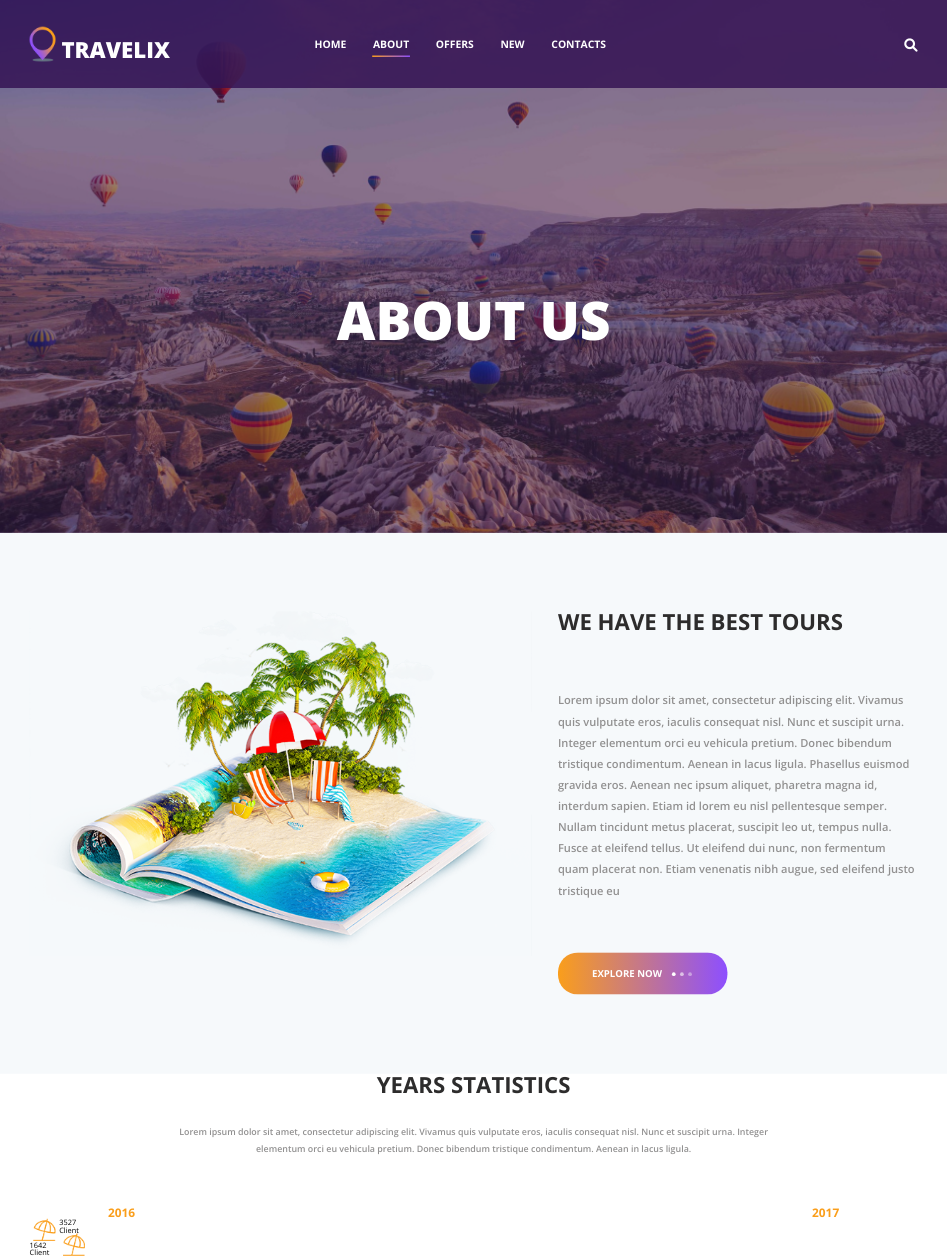
Repository: phamhuuloc/Travelix_Template
Page: about.html
An editor plug-in stored every save of this project. The page is shown before and after the next save, followed by the edit.
The browser window is 1280 px wide. The pictures show the whole page, at 74% of full size.
Backgrounds fixed to the window are drawn as part of the page. Some web fonts or font styles are not loaded; a fallback is used.

Above is the page before, as saved 2021-10-13 09:16:41.

After the next save:
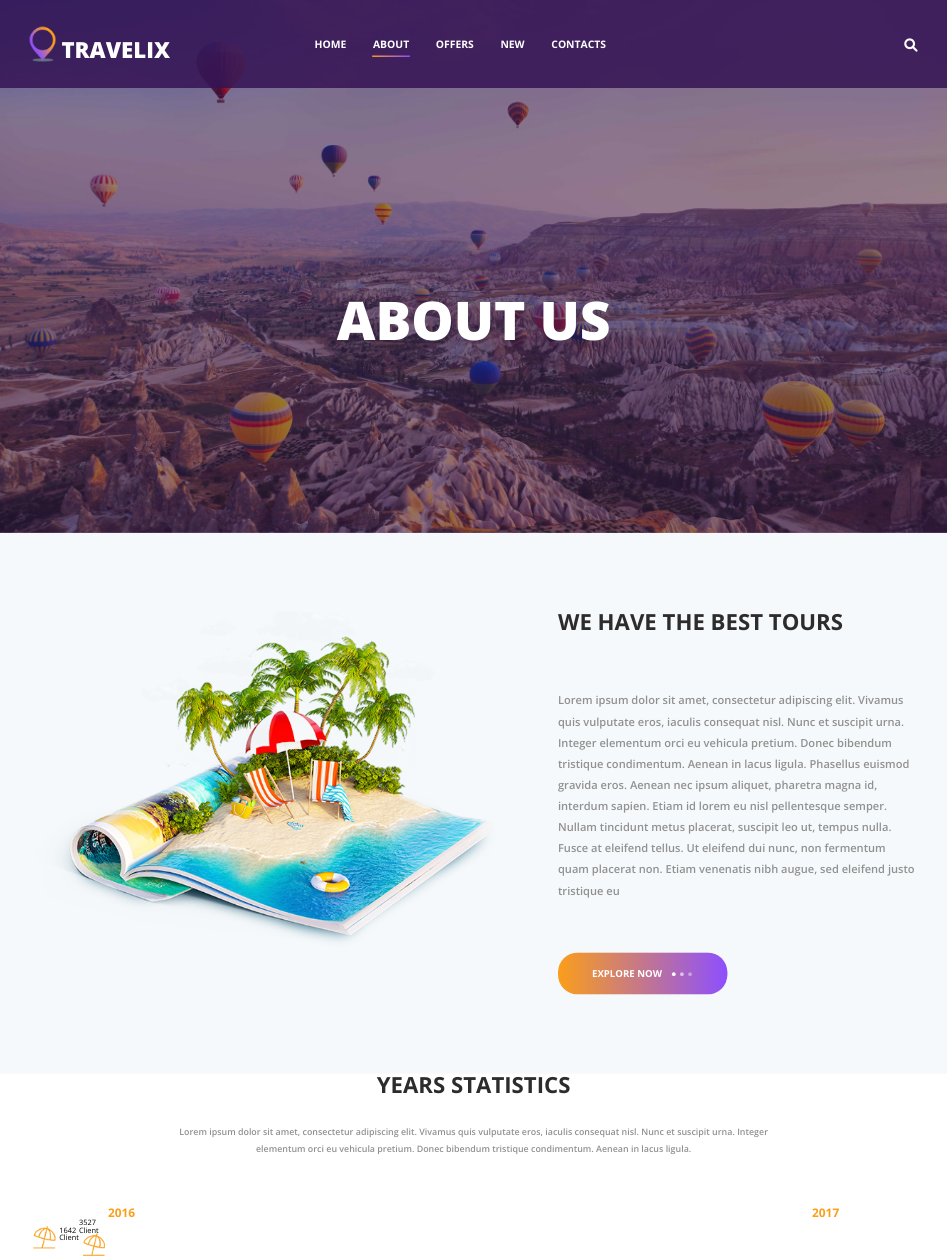
Saved 39 s later.
--- a/assets/css/about.css
+++ b/assets/css/about.css
@@ -74,3 +74,6 @@
   display: flex;
   align-items: center;
 }
+.stats__last {
+  display: flex;
+}
